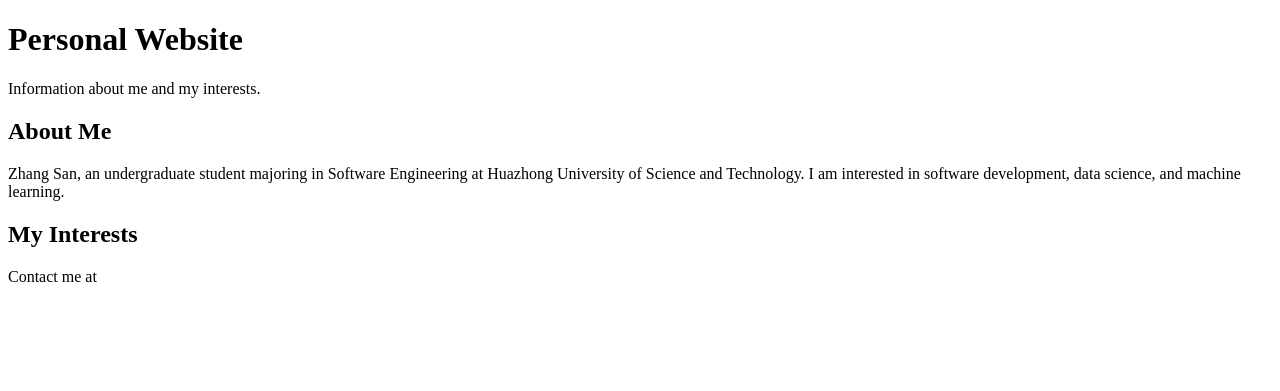
Repository: 1yellow-dog/rxH.github.io
Page: home.html
These files come from the project's save history. The page is drawn as it stood at one moment and after the next save; the edit follows.
The browser window is 1280 px wide. The pictures show the whole page.

Above is the page before, as saved 2024-08-07 21:36:07.

### home.html
<!DOCTYPE html>
<html>
<body>
<h1>Personal Website</h1>
<p>Information about me and my interests.</p>
<h2>About Me</h2>
<p>Zhang San, an undergraduate student majoring in Software Engineering at Huazhong University of Science and Technology. I am interested in software development, data science, and machine learning.</p>
<h2>My Interests</h2>
<p>Contact me at <a href="mailto:<EMAIL>"><EMAIL></a></p>
</body>
</html>

After the next save:
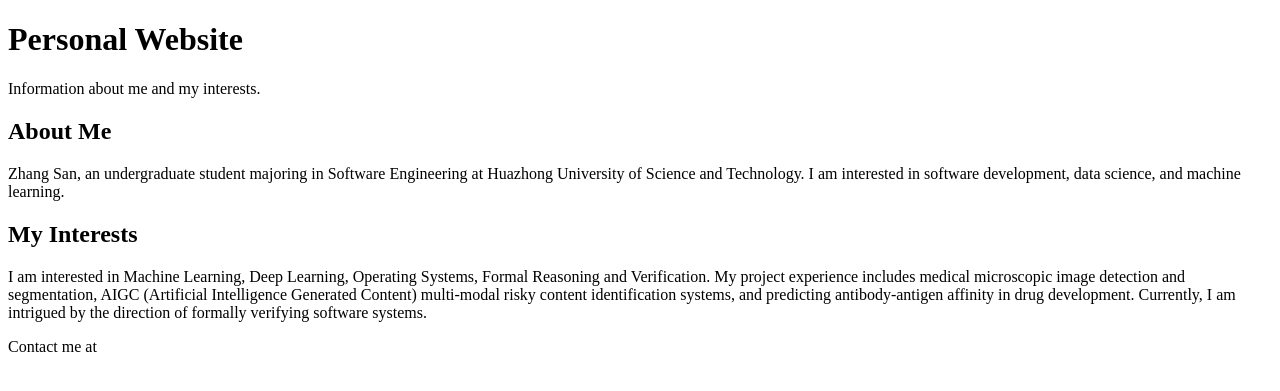
Saved 6 min 11 s later.
--- a/home.html
+++ b/home.html
@@ -6,6 +6,9 @@
 <h2>About Me</h2>
 <p>Zhang San, an undergraduate student majoring in Software Engineering at Huazhong University of Science and Technology. I am interested in software development, data science, and machine learning.</p>
 <h2>My Interests</h2>
+<p>I am interested in Machine Learning, Deep Learning, Operating Systems, Formal Reasoning and Verification.
+     My project experience includes medical microscopic image detection and segmentation, AIGC (Artificial Intelligence Generated Content) multi-modal risky content identification systems, and predicting antibody-antigen affinity in drug development.
+     Currently, I am intrigued by the direction of formally verifying software systems.</p>
 <p>Contact me at <a href="mailto:<EMAIL>"><EMAIL></a></p>
 </body>
 </html>
